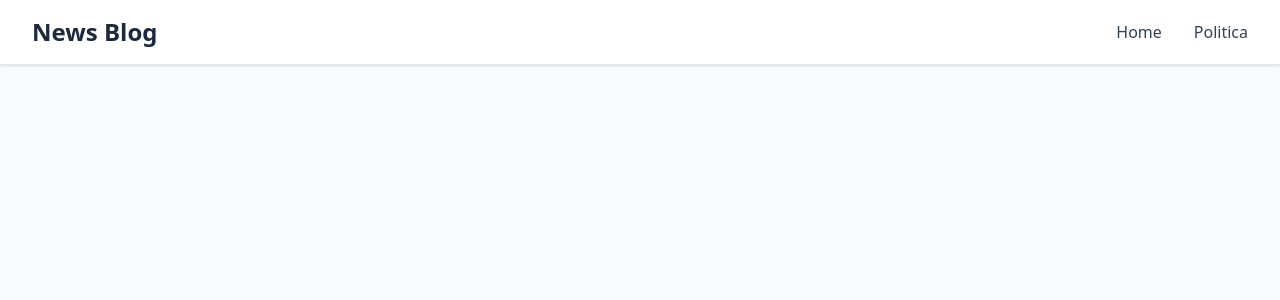
Repository: estevam02009/news-blog
Page: /
An editor plug-in stored every save of this project. The page is shown before and after the next save, followed by the edit.
The browser window is 1280 px wide. The pictures show the whole page.
The project was rebuilt for these pictures with package versions that can differ from the ones it lists, and the page was loaded fresh each time. Also part of the build but not shown: vite.config.ts.

Above is the page before, as saved 2025-08-08 16:55:25.

### index.html
<!doctype html>
<html lang="pt-BR">
  <head>
    <meta charset="UTF-8" />
    <link rel="icon" type="image/svg+xml" href="/vite.svg" />
    <meta name="viewport" content="width=device-width, initial-scale=1.0" />
    <title>News Blog</title>
  </head>
  <body>
    <div id="root"></div>
    <script type="module" src="/src/main.tsx"></script>
  </body>
</html>

### src/App.tsx
import Header from "./components/Header"

function App() {

  return (
    <div className="min-h-screen bg-gray-50">
      <Header />
    </div>
  )
}

export default App

### src/components/Header.tsx
import React from 'react'
// import { Search, Menu, Bell, User } from 'lucide-react'

const Header: React.FC = () => {
    return (
        <header className='bg-white shadow-sm border-b border-gray-200 sticky top-0 z-50'>
            <div className='max-w-7xl mx-auto px-4 sm:px-6 lg:px-8'>
                <div className='flex items-center justify-between h-16'>
                    {/* LOGO */}
                    <div className='flex items-center'>
                        <h1 className='text-2xl font-bold text-slate-800'>News Blog</h1>
                    </div>

                {/* Desktop Navigation */}
                <div className='hidden md:flex items-center space-x-8'>
                    <a href='/' className='text-slate-700 hover:text-blue-600 font-medium transition-colors'>Home</a>
                    <a href='#' className='text-slate-700 hover:text-blue-600 font-medium transition-colors'>Politica</a>
                </div>
                </div>
            </div>
        </header>
    )
}

export default Header

Loaded but not shown: src/main.tsx (common file); src/index.css (common file)

After the next save:
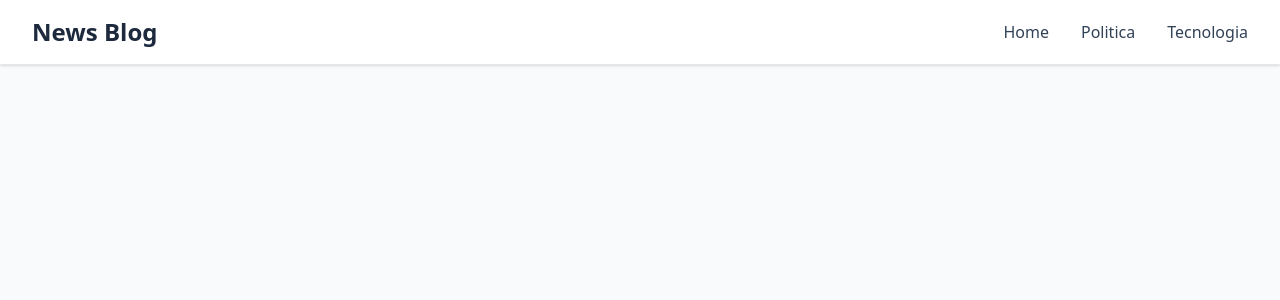
Saved 20 s later.
--- a/src/components/Header.tsx
+++ b/src/components/Header.tsx
@@ -14,7 +14,8 @@ const Header: React.FC = () => {
                 {/* Desktop Navigation */}
                 <div className='hidden md:flex items-center space-x-8'>
                     <a href='/' className='text-slate-700 hover:text-blue-600 font-medium transition-colors'>Home</a>
-                    <a href='#' className='text-slate-700 hover:text-blue-600 font-medium transition-colors'>Politica</a>
+                    <a href='#s' className='text-slate-700 hover:text-blue-600 font-medium transition-colors'>Politica</a>
+                    <a href='#s' className='text-slate-700 hover:text-blue-600 font-medium transition-colors'>Tecnologia</a>
                 </div>
                 </div>
             </div>
